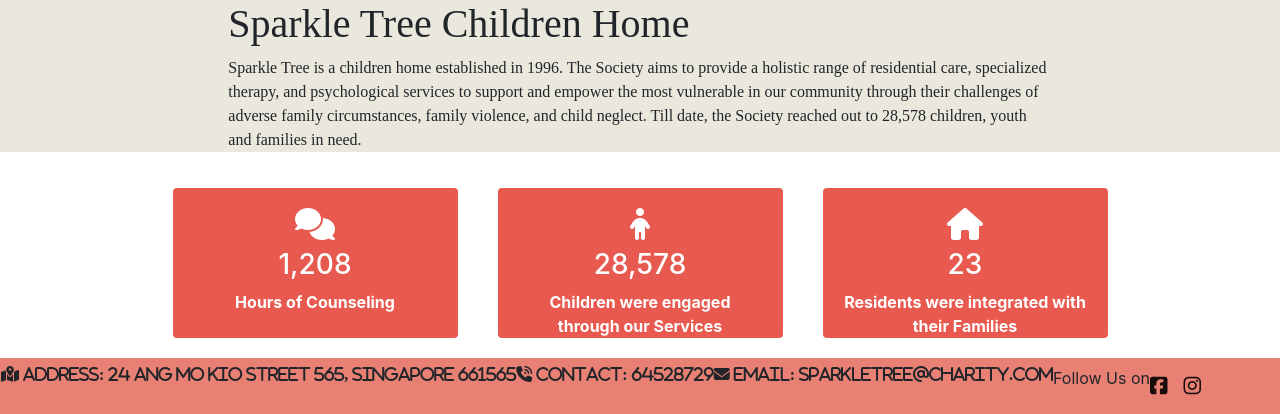
Repository: Code-Institute-Submissions/Jasonngyt-Project1
Page: index.html
The author's editor kept a record of every edit. The page is drawn from the files as they stood at one moment, then again after the next edit.
The browser window is 1280 px wide. The pictures show the part of the page from y = 632 to 1084 px (the page is 1046 px tall before and 1084 px after).
Some web fonts or font styles are not loaded; a fallback is used. Some web libraries are served in a nearby version.

Above is the page before.

After the next edit:
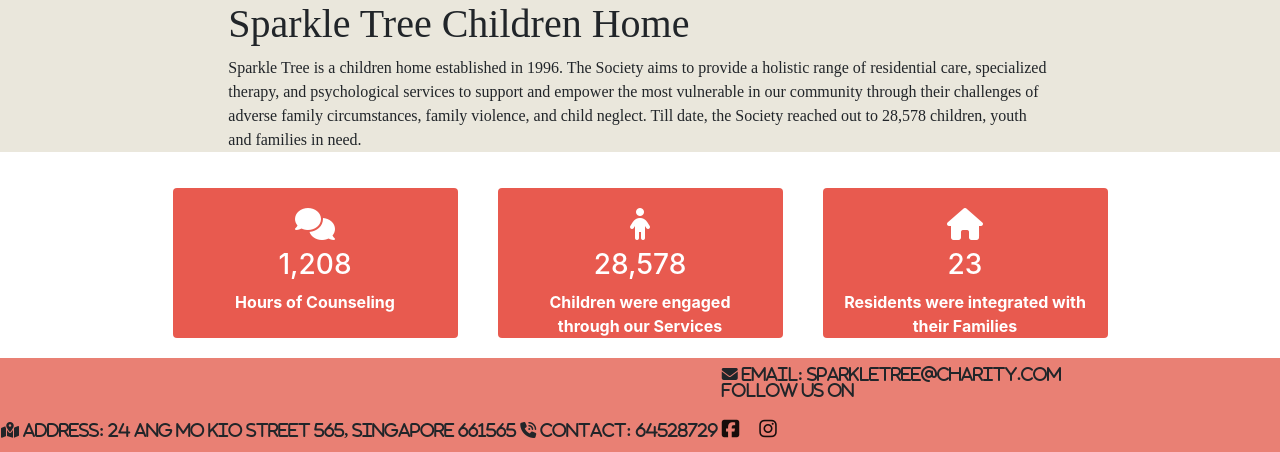
The edit:
--- a/index.html
+++ b/index.html
@@ -111,9 +111,9 @@
     <!-- Footer Navbar -->
     <nav class="navbar navbar-light">
         <div class="row">
-            <i class="fas fa-map-marked-alt"> Address: 24 Ang Mo Kio Street 565, Singapore 661565</i>
-            <i class="fas fa-phone-volume"> Contact: 64528729</i></p>
-            <i class="fas fa-envelope"> Email: sparkletree@charity.com </i></p>
+            <div class="fas fa-map-marked-alt"> Address: 24 Ang Mo Kio Street 565, Singapore 661565</i>
+            <div class="fas fa-phone-volume"> Contact: 64528729</i>
+            <div class="fas fa-envelope"> Email: sparkletree@charity.com </i>
             <p>Follow Us on </p>
             <a class="navbar-brand" href="#!"><i class="fab fa-facebook-square"></i></a>
             <a class="navbar-brand" href="#!"><i class="fab fa-instagram"></i></a>

After the edit that followed:
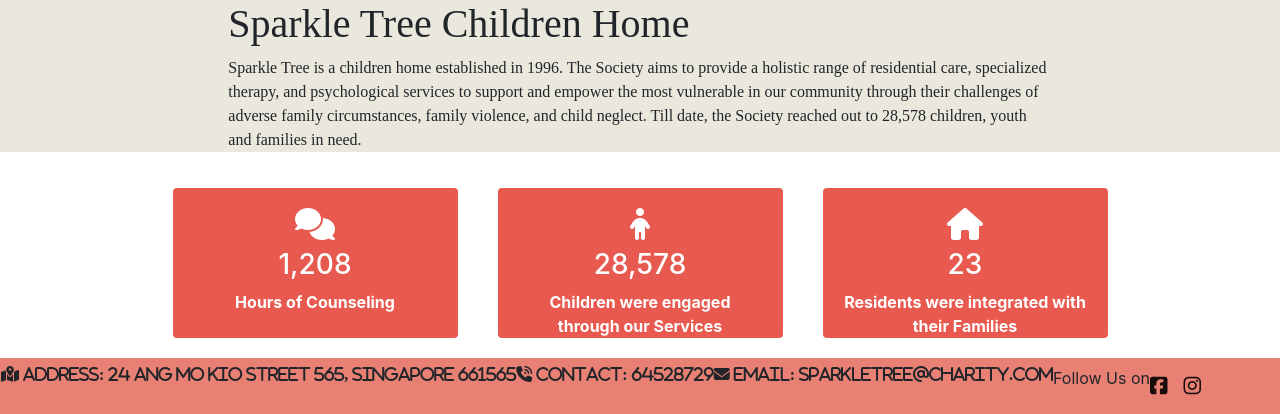
The edit:
--- a/index.html
+++ b/index.html
@@ -111,9 +111,9 @@
     <!-- Footer Navbar -->
     <nav class="navbar navbar-light">
         <div class="row">
-            <div class="fas fa-map-marked-alt"> Address: 24 Ang Mo Kio Street 565, Singapore 661565</i>
-            <div class="fas fa-phone-volume"> Contact: 64528729</i>
-            <div class="fas fa-envelope"> Email: sparkletree@charity.com </i>
+            <div class="fas fa-map-marked-alt"> Address: 24 Ang Mo Kio Street 565, Singapore 661565</div>
+            <div class="fas fa-phone-volume"> Contact: 64528729</div>
+            <div class="fas fa-envelope"> Email: sparkletree@charity.com </div>
             <p>Follow Us on </p>
             <a class="navbar-brand" href="#!"><i class="fab fa-facebook-square"></i></a>
             <a class="navbar-brand" href="#!"><i class="fab fa-instagram"></i></a>
